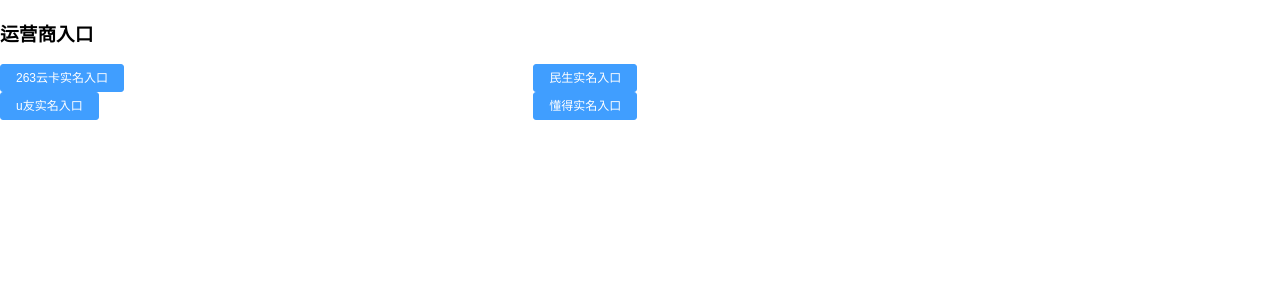
Repository: cmlsir1024/index-test
Page: index.html
These files come from the project's save history. The page is drawn as it stood at one moment and after the next save; the edit follows.
The browser window is 1280 px wide. The pictures show the whole page.

Above is the page before, as saved 2023-10-11 12:00:27.

After the next save:
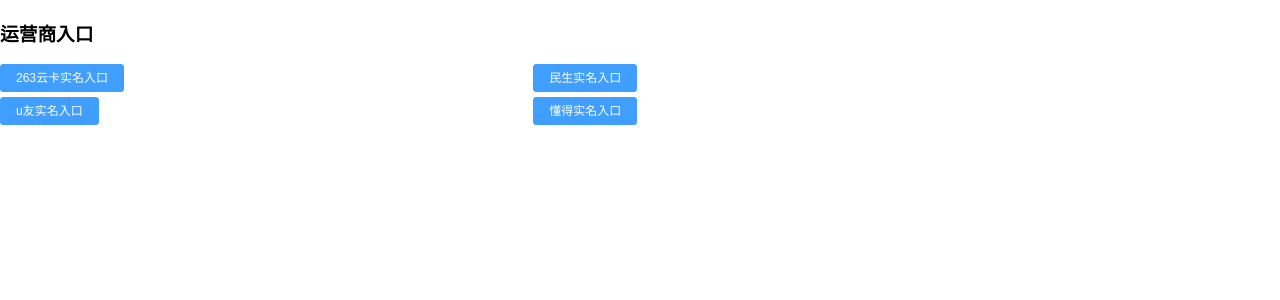
Saved 20 s later.
--- a/index.html
+++ b/index.html
@@ -91,6 +91,9 @@
       .box {
         justify-content: center;
       }
+      .buttons {
+        margin-bottom: 5px;
+      }
     </style>
   </head>
 
